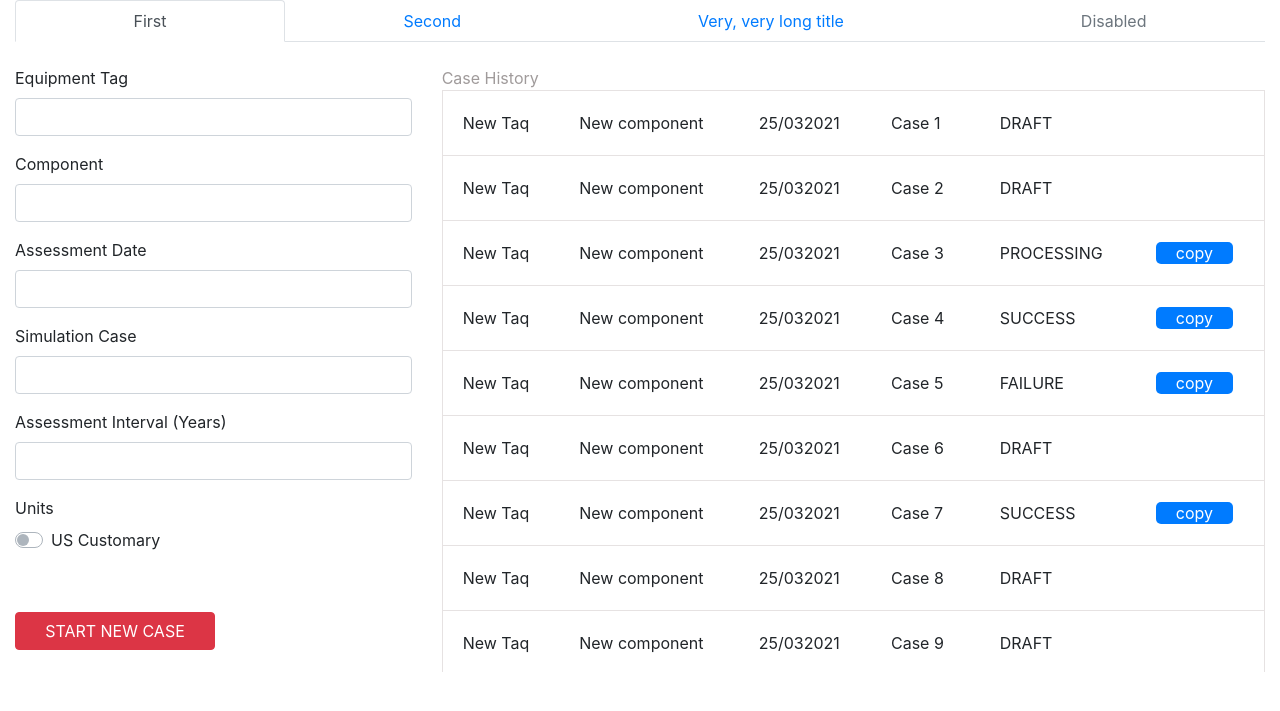
Repository: arif286/dashboard
Page: /
The author's editor kept a copy of each file at every save. The page is drawn from the files as they stood at one save, then again after the next save.
The browser window is 1280 px wide. The pictures show the whole page.
An inner scrolling area shows only its first screen. The project was rebuilt for these pictures with package versions that can differ from the ones it lists, and the page was loaded fresh each time. The framework's server and built-in components were replaced by stand-ins that run in the browser. Also part of the build but not shown: nuxt.config.js, components/Nav.vue.

Above is the page before, as saved 2021-06-18 19:59:41.

### components/Form.vue
<template>
  <div>
    <form class="Assessment-input" action="">
      <div class="mb-3">
        <label for="Input1" class="form-label">Equipment Tag</label>
        <input id="Input1" type="text" class="form-control">
      </div>
      <div class="mb-3">
        <label for="Input2" class="form-label">Component</label>
        <input id="Input2" type="text" class="form-control">
      </div>
      <div class="mb-3">
        <label for="Input3" class="form-label">Assessment Date</label>
        <input id="Input3" type="text" class="form-control">
      </div>
      <div class="mb-3">
        <label for="Input4" class="form-label">Simulation Case</label>
        <input id="Input4" type="text" class="form-control">
      </div>
      <div class="mb-3">
        <label for="Input5" class="form-label">Assessment Interval (Years)</label>
        <input id="Input5" type="text" class="form-control">
      </div>
      <div>
        <label for="Input5" class="form-label">Units</label>
        <b-form-checkbox v-model="checked" name="check-button" switch>
          US Customary
        </b-form-checkbox>
      </div>
      <b-button class="submit-button" type="submit" variant="danger">
        START NEW CASE
      </b-button>
    </form>
  </div>
</template>
<script>
export default {
  data () {
    return {
      form: {
        email: '',
        name: '',
        food: null,
        checked: []
      },
      foods: [
        { text: 'Select One', value: null },
        'Carrots',
        'Beans',
        'Tomatoes',
        'Corn'
      ],
      show: true,
      checked: false
    }
  },
  methods: {
    onSubmit (event) {
      event.preventDefault()
      alert(JSON.stringify(this.form))
    }
  }
}
</script>
<style>
.submit-button {
  width: 200px;
  margin-top: 60px;
}
.Assessment-input input:focus {
  border-color: red;
  box-shadow: none;
}
</style>

### components/Table.vue
<template>
  <div class="table-contain">
    <p class="title">
      Case History
    </p>
    <table class="w-100 table-border">
      <tbody>
        <tr v-for="item in data" :key="item.id">
          <td>{{ item.equipmentTag }}</td>
          <td>{{ item.component }}</td>
          <td>{{ item.assessmentDate }}</td>
          <td>Case {{ item.case }}</td>
          <td>
            <span>
              {{ item.status }}
            </span>
          </td>
          <td>
            <span :class="item.copy ? 'copy-btn' : ''">{{ item.copy ? 'copy' : '' }}</span>
          </td>
        </tr>
      </tbody>
    </table>
  </div>
</template>

<script>
export default {
  props: {
    data: {
      type: Array,
      required: true
    }
  }
}
</script>
<style scoped>

.table-border tr{
 border: 1px solid #e6e2e2;
}
.table-border td{
  padding: 20px;
}
.title{
  margin-bottom: 0px;
  color: #a09b9b;
}
.table-contain {
  height: 606px;
  overflow-y: scroll;
}
.copy-btn{
  background-color: #007bff;
  padding: 1px 20px;
  color: white;
  border-radius: 5px;
}
.status-draft{
  color: #007bff;
}
.status-process{
  color: orange;
}
.status-success{
  color: greenyellow;
}
.status-failure{
  color: red;
}
</style>

### pages/index.vue
<template>
  <div class="container">
    <div>
      <b-tabs content-class="mt-3" fill>
        <b-tab title="First" active>
          <div class="row mt-4">
            <div class="col-4">
              <Form />
            </div>
            <div class="col-8">
              <Table :data="dashboardData" />
            </div>
          </div>
        </b-tab>
        <b-tab title="Second">
          <p>I'm the second tab</p>
        </b-tab>
        <b-tab title="Very, very long title">
          <p>I'm the tab with the very, very long title</p>
        </b-tab>
        <b-tab title="Disabled" disabled>
          <p>I'm a disabled tab!</p>
        </b-tab>
      </b-tabs>
    </div>
  </div>
</template>

<script>
import { dashboardData } from '@/assets/dashboard.js'
// eslint-disable-next-line semi
export default {
  data () {
    return { dashboardData }
  }
}
</script>

<style>
.container {
  max-width: 1860px;
}
</style>

### assets/dashboard.js
export const dashboardData = [
  {
    id: 1,
    equipmentTag: 'New Taq',
    component: 'New component',
    assessmentDate: '25/032021',
    case: 1,
    status: 'DRAFT'
  },
  {
    id: 2,
    equipmentTag: 'New Taq',
    component: 'New component',
    assessmentDate: '25/032021',
    case: 2,
    status: 'DRAFT'
  },
  {
    id: 3,
    equipmentTag: 'New Taq',
    component: 'New component',
    assessmentDate: '25/032021',
    case: 3,
    status: 'PROCESSING',
    copy: true
  },
  {
    id: 4,
    equipmentTag: 'New Taq',
    component: 'New component',
    assessmentDate: '25/032021',
    case: 4,
    status: 'SUCCESS',
    copy: true
  },
  {
    id: 5,
    equipmentTag: 'New Taq',
    component: 'New component',
    assessmentDate: '25/032021',
    case: 5,
    status: 'FAILURE',
    copy: true
  },
  {
    id: 6,
    equipmentTag: 'New Taq',
    component: 'New component',
    assessmentDate: '25/032021',
    case: 6,
    status: 'DRAFT'
  },
  {
    id: 7,
    equipmentTag: 'New Taq',
    component: 'New component',
    assessmentDate: '25/032021',
    case: 7,
    status: 'SUCCESS',
    copy: true
  },
  {
    id: 8,
    equipmentTag: 'New Taq',
    component: 'New component',
    assessmentDate: '25/032021',
    case: 8,
    status: 'DRAFT'
  },
  {
    id: 9,
    equipmentTag: 'New Taq',
    component: 'New component',
    assessmentDate: '25/032021',
    case: 9,
    status: 'DRAFT'
  },
  {
    id: 10,
    equipmentTag: 'New Taq',
    component: 'New component',
    assessmentDate: '25/032021',
    case: 10,
    status: 'DRAFT'
  }
]

Loaded but not shown: layouts/default.vue (common file)

After the next save:
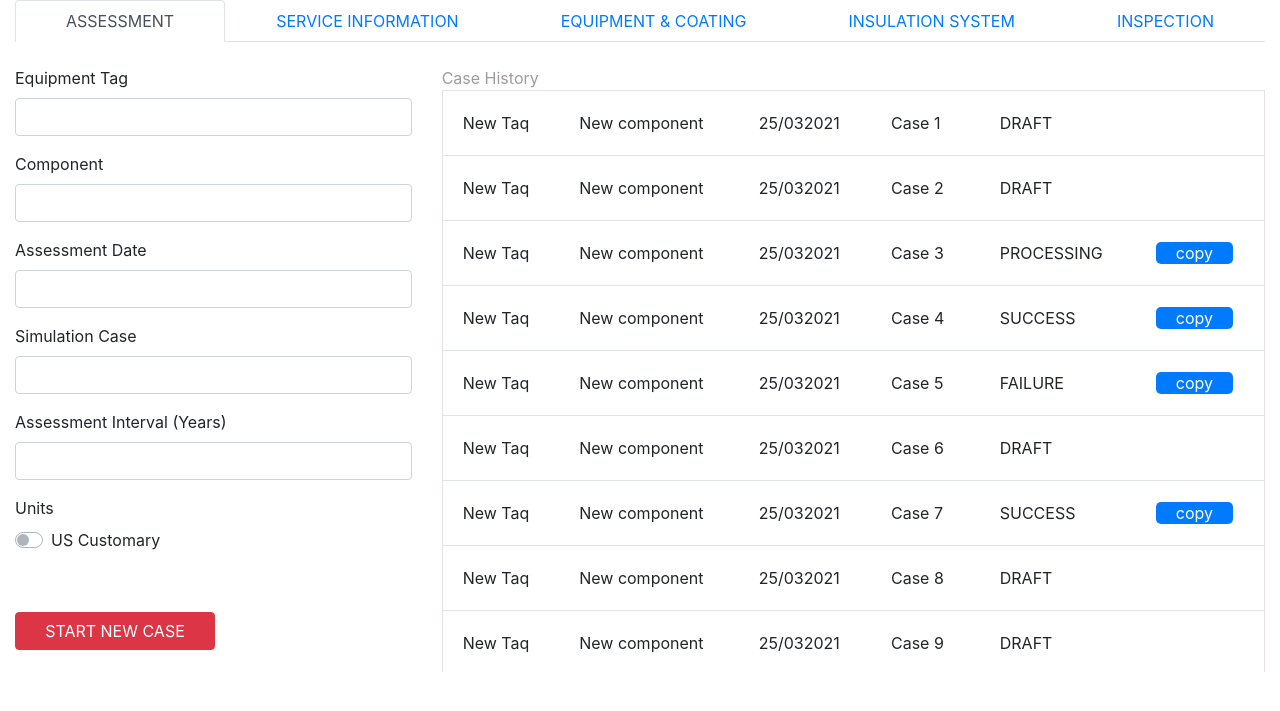
Saved 2 min 49 s later.
--- a/pages/index.vue
+++ b/pages/index.vue
@@ -2,7 +2,7 @@
   <div class="container">
     <div>
       <b-tabs content-class="mt-3" fill>
-        <b-tab title="First" active>
+        <b-tab title="ASSESSMENT" active>
           <div class="row mt-4">
             <div class="col-4">
               <Form />
@@ -12,14 +12,17 @@
             </div>
           </div>
         </b-tab>
-        <b-tab title="Second">
+        <b-tab title="SERVICE INFORMATION">
           <p>I'm the second tab</p>
         </b-tab>
-        <b-tab title="Very, very long title">
+        <b-tab title="EQUIPMENT & COATING">
           <p>I'm the tab with the very, very long title</p>
         </b-tab>
-        <b-tab title="Disabled" disabled>
+        <b-tab title="INSULATION SYSTEM">
           <p>I'm a disabled tab!</p>
+        </b-tab>
+        <b-tab title="INSPECTION">
+          <p>I'm a Inspection!</p>
         </b-tab>
       </b-tabs>
     </div>
